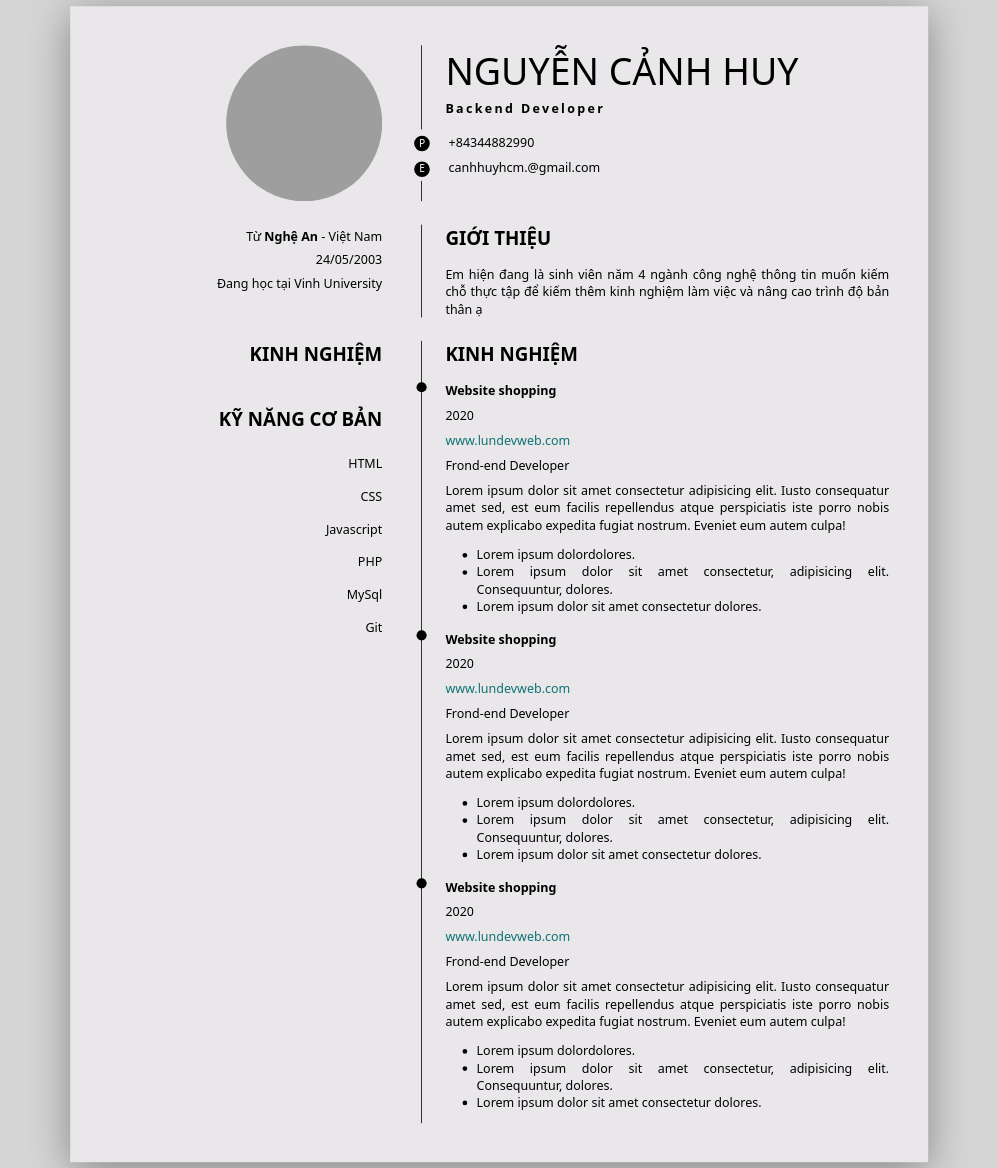
Repository: huycodedie/cv-intern
Page: index.html
An editor plug-in stored every save of this project. The page is shown before and after the next save, followed by the edit.
The browser window is 1280 px wide. The pictures show the whole page, at 78% of full size.
Pictures or frames that could not be fetched are drawn as grey boxes.

Above is the page before, as saved 2025-07-05 23:22:40.

After the next save:
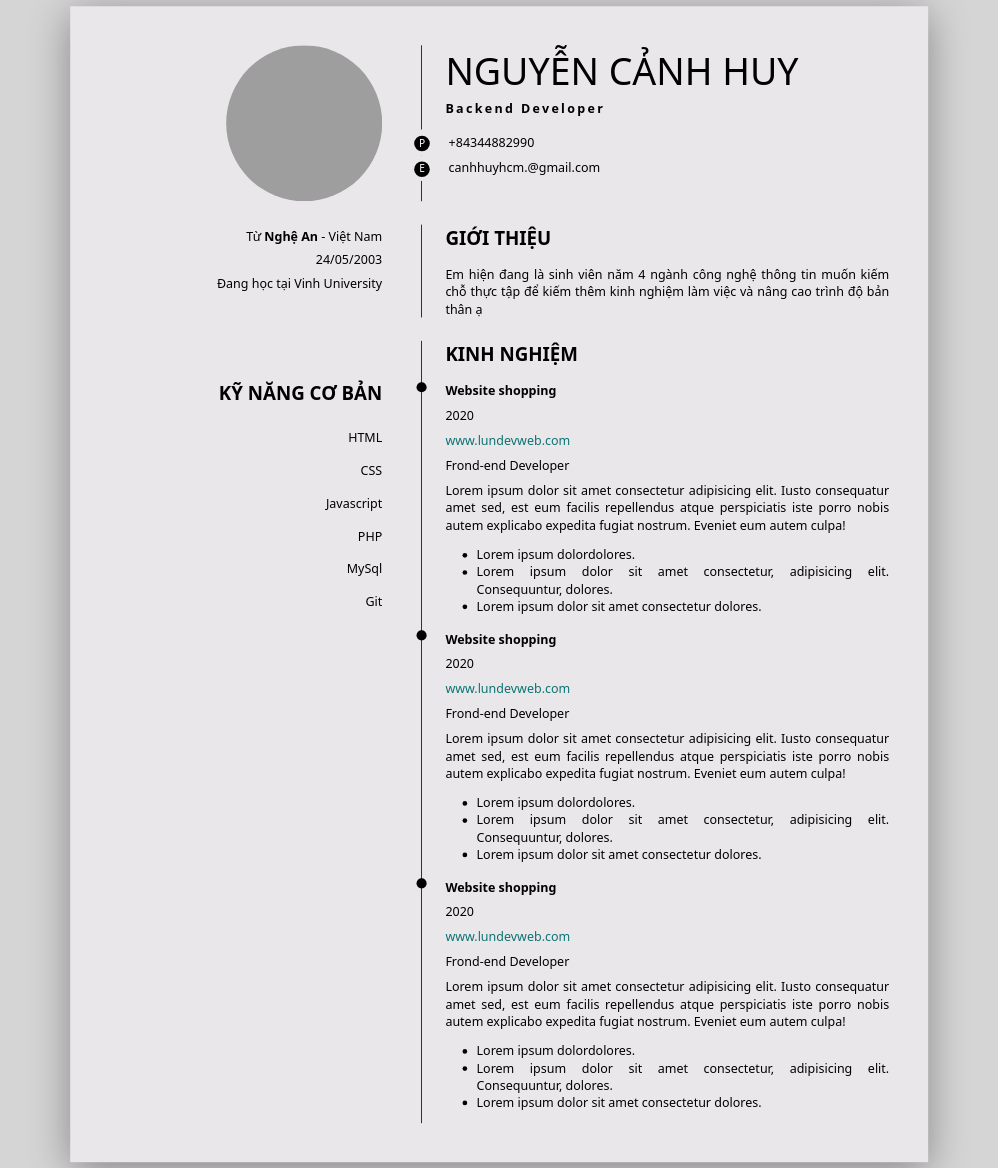
Saved 9 s later.
--- a/index.html
+++ b/index.html
@@ -38,7 +38,6 @@
             Em hiện đang là sinh viên năm 4 ngành công nghệ thông tin muốn kiếm chỗ thực tập để kiếm thêm kinh nghiệm làm việc và nâng cao trình độ bản thân ạ
            </div>
            <div class="experience">
-            <h2>KINH NGHIỆM</h2>
                 <h2 class="skills">
                     KỸ NĂNG CƠ BẢN
                 </h2>
